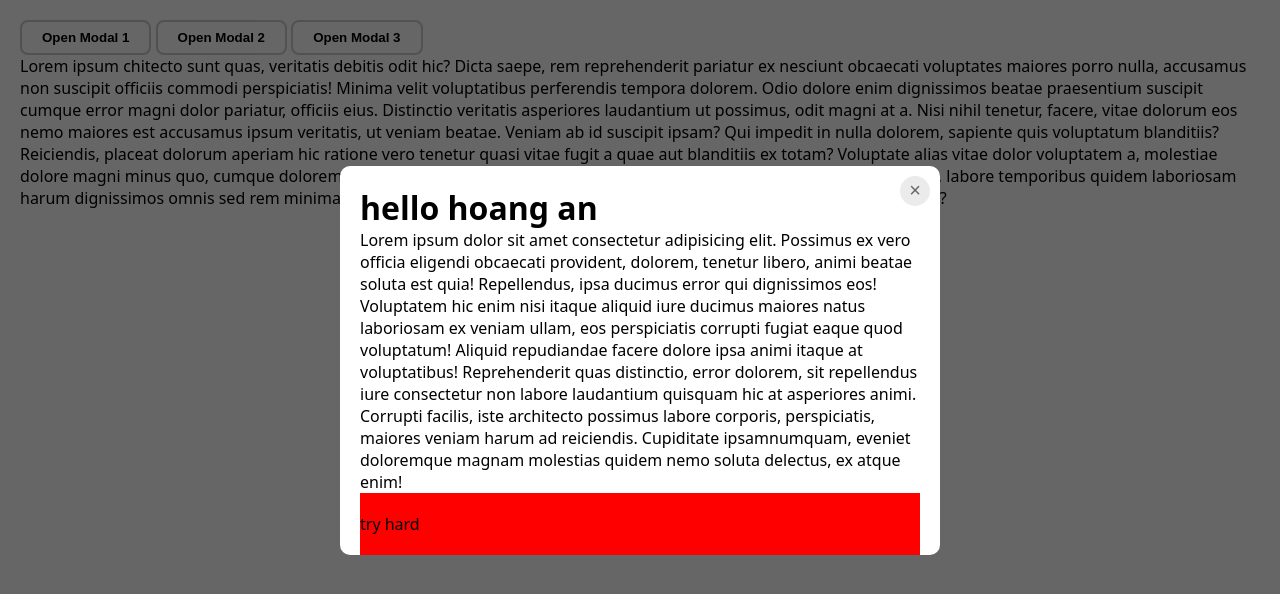
Repository: hoangan3526/Javascript-project
Page: index.html
An editor plug-in stored every save of this project. The page is shown before and after the next save, followed by the edit.
The browser window is 1280 px wide. The pictures show the whole page.

Above is the page before, as saved 2026-05-04 09:40:49.

After the next save:
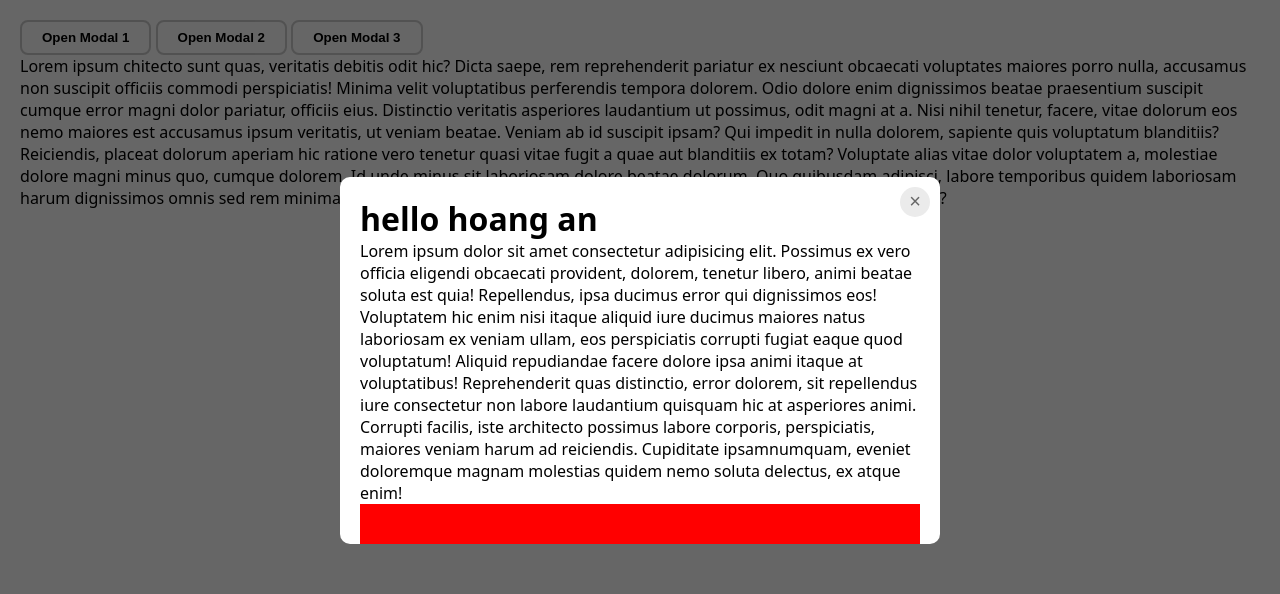
Saved 4 min 25 s later.
--- a/main.js
+++ b/main.js
@@ -64,7 +64,9 @@ function Modal(options = {}) {
         if ( footer){
             const modalFooter = document.createElement("div");
             modalFooter.className = "modal-footer";
-            modalFooter.innerHTML = 'try hard';
+            if(this._footerContent){
+                modalFooter.innerHTML = this._footerContent;
+            }
             container.append(modalFooter);
         }
         this._backdrop.append(container);
@@ -110,6 +112,9 @@ function Modal(options = {}) {
 
         return this._backdrop;
     };
+    this._setFooterContent = html => {
+        this._footerContent = html;
+    }
     this._onTransitonEnd = (callback) => {
         this._backdrop.ontransitionend = (e) => {
             if( e.propertyName !== "transform" ) return ;
